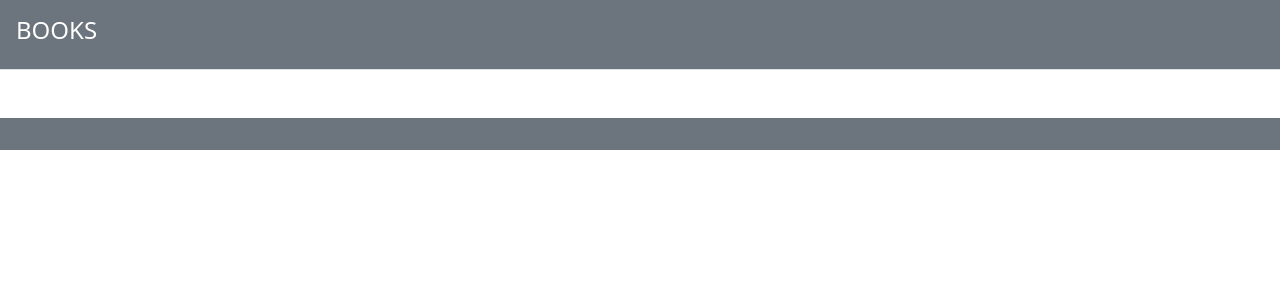
Repository: SKB-TECH/Books
Page: /
The author's editor kept a copy of each file at every save. The page is drawn from the files as they stood at one save, then again after the next save.
The browser window is 1280 px wide. The pictures show the whole page.
The project was rebuilt for these pictures with package versions that can differ from the ones it lists, and the page was loaded fresh each time. Also part of the build but not shown: vite.config.js.

Above is the page before, as saved 2022-11-09 15:33:27.

### src/main.jsx
import React from 'react'
import ReactDOM from 'react-dom/client'
import App from './App'
import 'bootstrap/dist/css/bootstrap.min.css'

ReactDOM.createRoot(document.getElementById('root')).render(
  <React.StrictMode>
    <App />
  </React.StrictMode>
)

### src/App.jsx
import React from 'react';
import Footer from './components/Footer';
import Navbar from './components/Navbar';

const App = () => {
  return (
    <div className='App'>
      <Navbar />
      <Footer />
    </div>
  );
};

export default App;

### src/components/Footer.jsx
import React from 'react';

const Footer = () => {
    return (
        <footer className='footer text-white bg-secondary mt-5'>
            <div className='container p-3'>
                <span>

                </span>
            </div>
        </footer>
    );
};

export default Footer;

### src/components/Navbar.jsx
import React from 'react';

const Navbar = () => {
    return (
        <header>
            <div className='d-flex flex-column flex-md-row p-3 border-bottom bg-secondary text-white'>
                <h4 className='mr-md-auto'>
                    <a href="/" className='text-decoration-none text-white'>BOOKS</a>
                </h4>
            </div>
            {/* Menu principl */}
        </header>
    );
};

export default Navbar;

Loaded but not shown: index.html (common file)

After the next save:
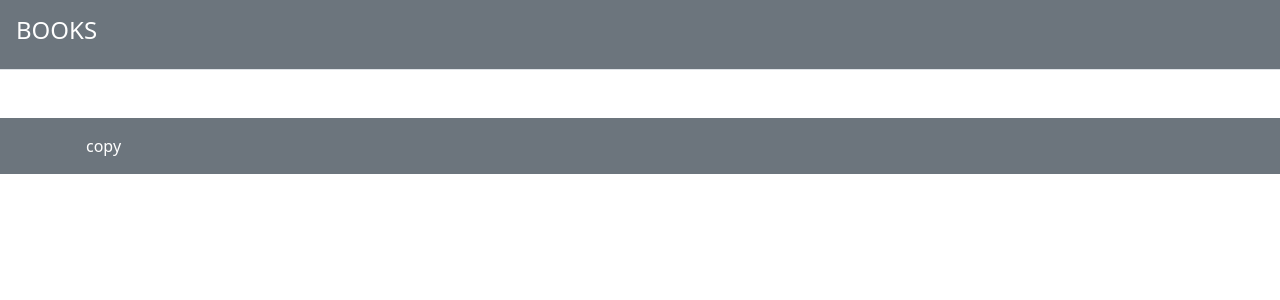
Saved 13 s later.
--- a/src/components/Footer.jsx
+++ b/src/components/Footer.jsx
@@ -5,7 +5,7 @@ const Footer = () => {
         <footer className='footer text-white bg-secondary mt-5'>
             <div className='container p-3'>
                 <span>
-
+                    copy
                 </span>
             </div>
         </footer>
